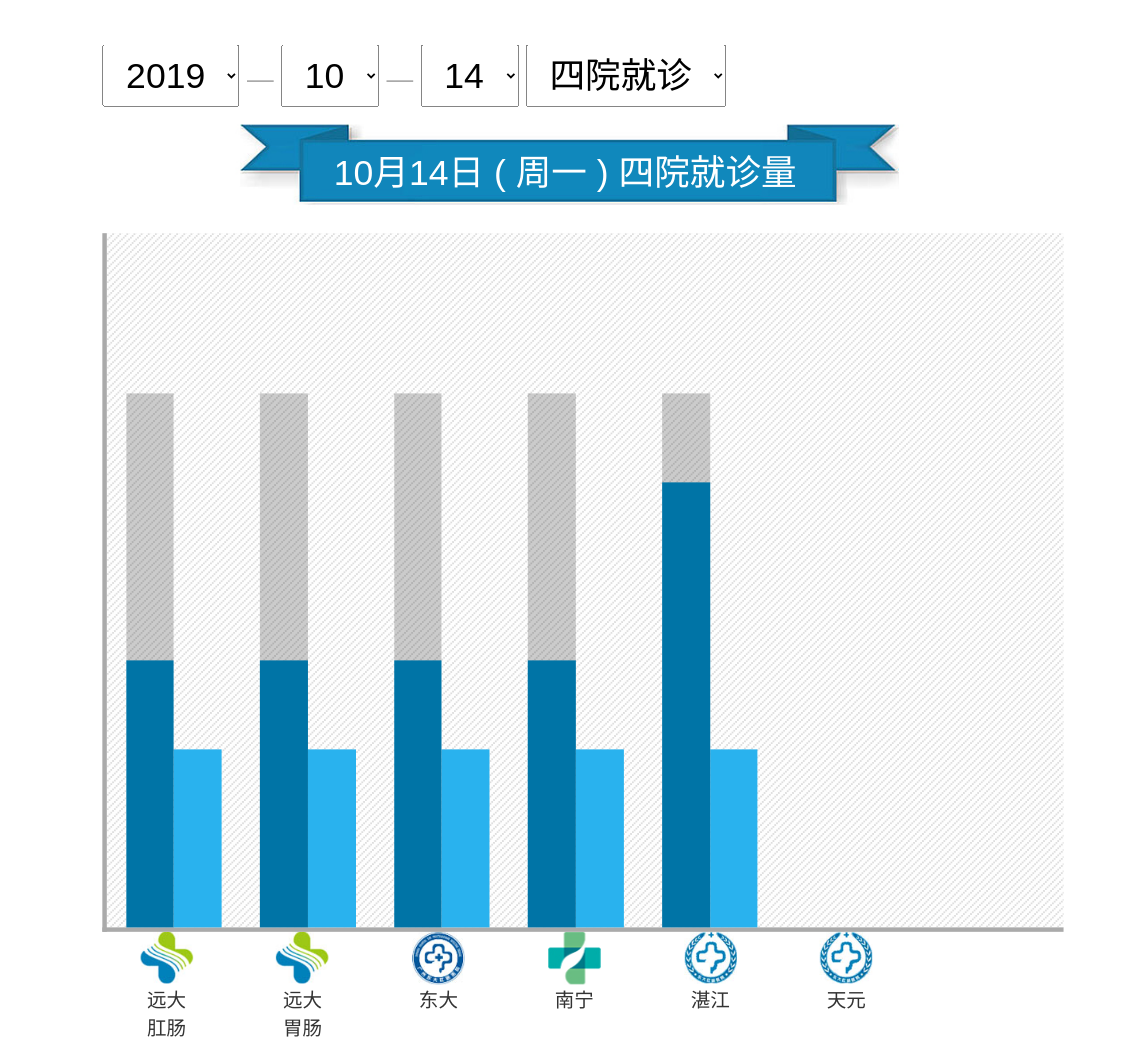
Repository: jerryyan/project
Page: http://localhost/m/jzchart.php
An editor plug-in stored every save of this project. The page is shown before and after the next save, followed by the edit.
The browser window is 1280 px wide. The pictures show the whole page, at 89% of full size.
The page is run by PHP 8.4 with error messages shown; the project is at /var/www/html/. The session is filled in as if someone had signed in: {"name": "admin"}. Other server files are loaded and not shown.

Above is the page before, as saved 2019-10-16 09:29:57.

### m/jzchart.php
<html>
    <head>
        <meta http-equiv="Content-Type" content="text/html; charset=utf-8" />
        <link href="css/m.css" rel="stylesheet" type="text/css" />
        <link rel="stylesheet" type="text/css" href="css/jquery.datetimepicker.css">
        <script type="text/javascript" src="/js/jquery.min.js"></script>
        <script type="text/javascript" src="/js/moment.min.js"></script>
        <script type="text/javascript" src="/js/time.js"></script>
        <title>预约数据统计手机版</title>
    </head>

    <body>
        <div class="div1">
            <div class="time">
                <select  class="year" id="birth_year" onchange="setDays(this, birth_month, birth_day);">
                </select>
                —
                <select  class="month" id="birth_month" onchange="setDays(birth_year, this, birth_day);">
                </select>
                —
                <select  class="day" id="birth_day">
                </select>
                <select name="" class="select" onchange="self.location.href = options[selectedIndex].value">
                    <option value="index.php">四院预约</option>
                    <option value="jzchart.php"  selected>四院就诊</option>
                    <option value="detail.php?type=szyd" >远大</option>
                    <option value="detail.php?type=szyd" >天元</option>
                    <option value="detail.php?type=gzdd" >东大</option>
                    <!--<option value="detail.php?type=gzma" >民安</option>-->
                    <option value="detail.php?type=zjdd" >湛江</option>
                    <option value="detail.php?type=nngc" >南宁肛肠</option>
                    <option value="detail.php?type=nnwc" >南宁胃肠</option>
                    <option value="detail.php?type=szydwc" >远大胃肠</option>
                </select>
            </div>

            <div class="title">
                <?php
                require_once 'islogin.php';
                $weekarray = array("日", "一", "二", "三", "四", "五", "六");
                $year = date('Y');
                $month = date('m');
                $day = date('d');
                $strDate = $month . "月" . $day . "日 " . "( 周" . $weekarray[date('w')] . " ) ";
                echo $strDate;
                ?>四院就诊量
            </div>

            <ul class="num">
            </ul>
            <div class="table">
                <div class="yd">
                    <div class="yd_1"><span></span></div>
                    <div class="yd_2"><span></span></div>
                    <div class="yd_3"><span></span></div>
                </div>
                <div class="yc">
                    <div class="yc_1"><span></span></div>
                    <div class="yc_2"><span></span></div>
                    <div class="yc_3"><span></span></div>
                </div>
                <div class="dd">
                    <div class="dd_1"><span></span></div>
                    <div class="dd_2"><span></span></div>
                    <div class="dd_3"><span></span></div>
                </div>
                <div class="ma">
                    <div class="ma_1"><span></span></div>
                    <div class="ma_2"><span></span></div>
                    <div class="ma_3"><span></span></div>
                </div>
                <div class="zj">
                    <div class="zj_1"><span></span></div>
                    <div class="zj_2"><span></span></div>
                    <div class="zj_3"><span></span></div>
                </div>
                <!-- <div class="ty">
                    <div class="ty_1"><span></span></div>
                    <div class="ty_2"><span></span></div>
                    <div class="ty_3"><span></span></div>
                </div> -->
            </div>
            <div class="logo">
                <ul>
                    <li><img src="/images/logo_yd.jpg">远大<br>肛肠</li>
                    <li><img src="/images/logo_yd.jpg">远大<br>胃肠</li>
                    <li><img src="/images/logo_dd.jpg">东大</li>
                    <li><img src="/images/logo_nn.jpg">南宁</li>
                    <li><img src="/images/logo_zj.jpg">湛江</li>
                    <li><img src="/images/logo_zj.jpg">天元</li>
                </ul>
            </div>
        </div>
    </body>
    <script src="/js/mobile.js"></script>
    <script>
                    $(function () {
                        $(".year,.month,.day").change(function () {
                            var y = $(".year option:selected").text();
                            var m = $(".month option:selected").text();
                            var d = $(".day option:selected").text();
                            var datetime = y + "-" + m + "-" + d;
                            getjzSource(datetime);
                        });
                        getjzSource();
                        setInterval(setjzSource, 40000);
                    });
    </script>
</html>

### m/islogin.php
<?php
session_start();
if ($_SESSION['name'] != 'admin') {
    header('Location:login.php');
    exit();
}

### m/getjzNum.php
<?php

require_once '../config.php';
if (!empty($_POST['datetime'])) {
    $date = $_POST['datetime'];
}
$startDate = $date . " 00:00:00";
$endDate = $date . " 23:59:59";
$zjdd_sql = "select a.ts,convert(varchar(10),a.ts,108) as tstime from info_registered as a left join info_appointment b on a.AppointmentId=b.AppointmentId where rdepartment not like '%未预约%' and a.dr=0 and isappointment=1 and  awr is not null and a.ts >'{$startDate}' and a.ts <='{$endDate}'";
//$gzma_sql = "select a.ts,convert(varchar(10),a.ts,108) as tstime from info_registered as a left join info_appointment b on a.AppointmentId=b.AppointmentId where rdepartment not like '%未预约%' and a.dr=0 and isappointment=1 and awr is not null and a.ts >'{$startDate}' and a.ts <='{$endDate}'";
$nndd_sql = "select a.ts,convert(varchar(10),a.ts,108) as tstime from info_registered as a left join info_appointment b on a.AppointmentId=b.AppointmentId where (rdepartment not like '%未预约%' and rdepartment not like '%耳鼻喉科%') and a.dr=0 and isappointment=1 and rsourceType !='自然门诊' and rsymptom !='体检'  and awr is not null and a.ts >'{$startDate}' and a.ts <='{$endDate}'";
$szyd_sql = " select a.ts,convert(varchar(10),a.ts,108) as tstime from info_registered as a left join info_appointment b on a.AppointmentId=b.AppointmentId LEFT JOIN Info_Appointment_Group as c on b.awr=c.userCode where rdepartment like '%肛%' and  gn not like '%胃肠%' and a.dr=0 and rmedia in ('360','82348232','QQ','qq','百度','百度糯米','百度商桥','个人微信','回访组回访','快排','神马','搜狗','网络电话','网络其它','网站后台预约','手机网','SOGU','SOSO','谷歌','商务通转Q','商务通转电话','胃肠电话') and awr is not null and a.ts >'{$startDate}' and a.ts <='{$endDate}'";
$szty_sql = " select a.ts,convert(varchar(10),a.ts,108) as tstime from info_registered as a left join info_appointment b on a.AppointmentId=b.AppointmentId LEFT JOIN Info_Appointment_Group as c on b.awr=c.userCode where  a.dr=0 and awr is not null and a.ts >'{$startDate}' and a.ts <='{$endDate}'";
$szydwc_sql = "select a.ts,convert(varchar(10),a.ts,108) as tstime from info_registered as a left join info_appointment b on a.AppointmentId=b.AppointmentId where rdepartment  not like '%未预约%' and a.dr=0 and  gn like '%胃肠%' and rmedia in ('360','82348232','QQ','qq','百度','百度糯米','百度商桥','个人微信','回访组回访','快排','神马','搜狗','网络电话','网络其它','网站后台预约','手机网','SOGU','SOSO','谷歌','商务通转Q','商务通转电话','胃肠电话') and awr is not null and  a.ts >'{$startDate}' and a.ts <='{$endDate}'";
$gzdd_sql = "select a.ts,convert(varchar(10),a.ts,108) as tstime from info_registered as a left join info_appointment b on a.AppointmentId=b.AppointmentId where rdepartment not like '%未预约%' and a.dr=0 and isappointment=1 and  awr is not null and a.ts >'{$startDate}' and a.ts <='{$endDate}'";

$zjdd_jz_row = get_fetchAll_assoc($zjdd, $zjdd_sql);
$zjdd_jzNum = getAllNum($zjdd_jz_row, $date);

$nndd_jz_row = get_fetchAll_assoc($nndd, $nndd_sql);
$nndd_jzNum = getAllNum($nndd_jz_row, $date);

$szyd_jz_row = get_fetchAll_assoc($szyd, $szyd_sql);
$szyd_jzNum = getAllNum($szyd_jz_row, $date);

$szty_jz_row = get_fetchAll_assoc($szyd, $szty_sql);
$szty_jzNum = getAllNum($szty_jz_row, $date);

$szydwc_jz_row = get_fetchAll_assoc($szyd, $szydwc_sql);
$szydwc_jzNum = getAllNum($szydwc_jz_row, $date);

$gzdd_jz_row = get_fetchAll_assoc($gzdd, $gzdd_sql);
$gzdd_jzNum = getAllNum($gzdd_jz_row, $date);

$data = array();
$data['zjdd_jzNum'] = $zjdd_jzNum;
$data['nndd_jzNum'] = $nndd_jzNum;
$data['szyd_jzNum'] = $szyd_jzNum;
$data['szty_jzNum'] = $szty_jzNum;
$data['szydwc_jzNum'] = $szydwc_jzNum;
$data['gzdd_jzNum'] = $gzdd_jzNum;
echo json_encode($data);

### config.php
<?php

try {
    $username = "sa";
    $pwd = "OYr%ZbxNY#!V*T0O";
    $dsn1 = "sqlsrv:Server=120.25.95.93;database=iSoftZJDD";
    // $dsn2 = "sqlsrv:Server=120.25.95.93;database=iSoftGZMA";
    $dsn3 = "sqlsrv:Server=120.25.95.93;database=iSoftSZYD";
    $dsn4 = "sqlsrv:Server=120.25.95.93;database=XL_new_reservation";
    $dsn5 = "sqlsrv:Server=120.25.95.93;database=iSoftNNDD";
    $dsn7 = "sqlsrv:Server=120.25.95.93;database=iSoftSZTY";
    $dsn6 = "mysql:host=localhost;dbname=project";
    $date = date("Y-m-d");
    //  $date = "2016-03-28";
    //    $username = "sa";
    //    $pwd = "123456";
    //    $dsn1 = "sqlsrv:Server=192.168.3.143\SQLEXPRESS;database=iSoftZJDD";
    //    $dsn2 = "sqlsrv:Server=192.168.3.143\SQLEXPRESS;database=iSoftGZMA";
    //    $dsn3 = "sqlsrv:Server=192.168.3.143\SQLEXPRESS;database=iSoftSZYD";
    $zjdd = new PDO($dsn1, $username, $pwd);
    //$gzma = new PDO($dsn2, $username, $pwd);
    $szyd = new PDO($dsn3, $username, $pwd);
    $gzdd = new PDO($dsn4, $username, $pwd);
    $nndd = new PDO($dsn5, $username, $pwd);
    $szty = new PDO($dsn7, $username, $pwd);
    $project = new PDO($dsn6, 'root', 'root');
} catch (PDOException $e) {
    echo "Failed to get DB handle: " . $e->getMessage() . "\n";
    exit;
}

/**
 *
 * @param string $db
 * @param string $sql
 * @return string $row
 */
function get_fetchAll_assoc($db, $sql)
{
    $result = $db->query($sql);
    $row = $result->fetchAll(PDO::FETCH_ASSOC);
    return $row;
}
/**
 *
 *插入单条数据到数据库
 * @param string $db
 * @param string $sql
 * @return string $res
 */
function insert($db, $sql)
{
    $db->setAttribute(PDO::ATTR_ERRMODE, PDO::ERRMODE_EXCEPTION);
    $res = $db->exec($sql);
    return $res;
}

/**
 * 获取客户端IP
 */
function getClientIp()
{
    $ip = 'unknown';
    $unknown = 'unknown';

    if (isset($_SERVER['HTTP_X_FORWARDED_FOR']) && $_SERVER['HTTP_X_FORWARDED_FOR'] && strcasecmp($_SERVER['HTTP_X_FORWARDED_FOR'], $unknown)) {
        // 使用透明代理、欺骗性代理的情况
        $ip = $_SERVER['HTTP_X_FORWARDED_FOR'];
    } elseif (isset($_SERVER['REMOTE_ADDR']) && $_SERVER['REMOTE_ADDR'] && strcasecmp($_SERVER['REMOTE_ADDR'], $unknown)) {
        // 没有代理、使用普通匿名代理和高匿代理的情况
        $ip = $_SERVER['REMOTE_ADDR'];
    }

    // 处理多层代理的情况
    if (strpos($ip, ',') !== false) {
        // 输出第一个IP
        $ip = reset(explode(',', $ip));
    }

    return $ip;
}

function get_fetchAll_row($db, $sql)
{
    $result = $db->query($sql);
    $row = $result->fetch(PDO::FETCH_ASSOC);
    return $row['number'];
}

//获取大夜班，早班和晚班的预约人数
function getAllNum($row)
{
    $dayeStart = "00:00:00";
    $zaoStart = "08:00:00";
    $wanStart = "16:00:00";
    $wanEnd = "24:00:00";
    $dayeArr = $zaoArr = $wanArr = array();
    foreach ($row as $v) {
        if ($v['tstime'] >= $dayeStart && $v['tstime'] < $zaoStart) {
            $dayeArr[] = $v;
        }
        if ($v['tstime'] >= $zaoStart && $v['tstime'] < $wanStart) {
            $zaoArr[] = $v;
        }
        if ($v['tstime'] >= $wanStart && $v['tstime'] < $wanEnd) {
            $wanArr[] = $v;
        }
    }
    $arrNum = array();
    $arrNum['dayeNum'] = count($dayeArr);
    $arrNum['zaoNum'] = count($zaoArr);
    $arrNum['wanNum'] = count($wanArr);
    $arrNum['totalNum'] = count($row);
    $arrNum['workNum'] = getWorkNum($arrNum);
    return $arrNum;
}

function getWorkNum($data)
{
    $nowtime = date("H:i:s");
    $dayeStart = "00:00:00";
    $zaoStart = "08:00:00";
    $wanStart = "16:00:00";
    $wanEnd = "24:00:00";

    if ($nowtime > $dayeStart && $nowtime < $zaoStart) {
        $workNum = $data['dayeNum'];
    }
    if ($nowtime > $zaoStart && $nowtime <= $wanStart) {
        $workNum = $data['zaoNum'];
    }
    if ($nowtime > $wanStart && $nowtime < $wanEnd) {
        $workNum = $data['wanNum'];
    }
    return $workNum;
}

//排序
function my_sort($a, $b)
{
    if ($a['nums'] == $b['nums']) {
        return 0;
    }
    return ($a['nums'] > $b['nums']) ? -1 : 1;
}

//排序
function ts_sort($a, $b)
{
    if ($a['tstime'] == $b['tstime']) {
        return 0;
    }
    return ($a['tstime'] < $b['tstime']) ? -1 : 1;
}

### m/css/m.css
@charset "utf-8";

body {
    margin: 0px;
    padding: 0px;
    font-family: "微软雅黑", "宋体", arial;
    color: #333;
}

div,
dl,
dt,
dd,
ul,
ol,
li,
h1,
h2,
h3,
h4,
h5,
h6,
pre,
form,
input,
label,
select,
option,
textarea,
button,
p,
span {
    margin: 0;
    padding: 0;
}

img {
    border: 0;
    vertical-align: top;
    font-size: 0;
    line-height: 0;
    overflow: hidden;
}

ul,
li,
ol,
ul {
    list-style: none;
}


.dis {
    display: none
}

.left {
    float: left
}

.right {
    float: right
}

.clear {
    clear: both;
}

.time {
    clear: both;
    margin-left: 9%;
    width: 84%;
    font-size: 30px;
    color: #aaa;
    margin-top: 50px;
}

.time select {
    padding: 1% 2%;
    margin: 0 0% 0 0;
    font-size: 40px;
}

.time select:last-child {
    margin: 0;
}

.year {}

.month {}

.day {}

.title {
    font-size: 40px;
    text-align: center;
    height: 100px;
    padding-top: 42px;
    width: 100%;
    background: url(../images/title.jpg) center 20px no-repeat;
    color: #fff;
    text-indent: -10px;
}

.num {
    float: left;
    width: 9%;
    text-align: right;
    padding-top: 5px;
}

.num li {
    height: 40px;
    padding-right: 15px
}

.logo {
    clear: both;
    font-size: 22px;
    margin-left: 2%;
    padding-left: 8%;
    width: 77%;
    height: 100px;
}

.logo li {
    float: left;
    margin-right: 6.5%;
    padding-left: 3%;
    width: 6%;
    height: 100px;
    background-repeat: no-repeat;
    background-position: 10px 5px;
    text-align: center;
}

.logo li img {
    width: 100%;
    display: block;
}

.logo li:last-child {
    margin: 0;
}

.table {
    float: left;
    width: 84%;
    height: 780px;
    background: url(../images/bg.jpg);
    border-left: solid 5px #aaa;
    border-bottom: solid 5px #aaa;
    position: relative;
}

.table div {
    float: left;
}

.table div span {
    position: absolute;
    bottom: 0;
    left: 15%;
}

.yd div,
.dd div,
.ma div,
.zj div,
.yc div {
    position: absolute;
    float: left;
    width: 5%;
    bottom: 0;
    font-size: 24px;
}

.yd_1,
.dd_1,
.ma_1,
.zj_1,
.ty_1,
.yc_1 {
    background: #0091cf;
    z-index: 1;
    height: 300px;
}

.yd_2,
.dd_2,
.ma_2,
.zj_2,
.ty_2,
.yc_2 {
    background: #29b2ee;
    margin-left: 5%;
    height: 200px;
}

.yd_3,
.dd_3,
.ma_3,
.zj_3,
.ty_3,
.yc_3 {
    background: rgba(0, 0, 0, 0.20);
    height: 600px;
    z-index: 2;
}

.table div .yd_3 span,
.table div .dd_3 span,
.table div .ma_3 span,
.table div .ty_3 span,
.table div .zj_3 span,
.table div .yc_3 span {
    margin-top: -80px;
    margin-bottom: 0;
    display: block;
    position: relative;
    z-index: 3
}

.zj_3 {
    /* height: 200px; */
}

.zj_1 {
    height: 500px;
}

span {
    width: 120px;
    margin-left: -47px;
    margin-bottom: 50px;
    -webkit-transform: rotate(270deg);
    -moz-transform: rotate(270deg);
    -o-transform: rotate(270deg);
}

.yd {
    margin-left: 2%;
}

.yc {
    margin-left: 16%;
}

.dd {
    margin-left: 30%;
}

.ma {
    margin-left: 44%;
}

.zj {
    margin-left: 58%;
}

/* up0date */
.ty{
    margin-left:72%
}
.ty_1 {
    position: absolute;
    float: left;
    width: 5%;
    bottom: 0;
    font-size: 24px;
    background: #0091cf;
    z-index: 1;
}

.ty_2{
    position: absolute;
    float: left;
    width: 5%;
    bottom: 0;
    font-size: 24px;
    background: #29b2ee;
    margin-left: 5%;
}
.ty_3{
    position: absolute;
    float: left;
    width: 5%;
    bottom: 0;
    font-size: 24px;
    background: rgba(0, 0, 0, 0.20);
    z-index: 2;
}


table {
    background: #aaa;
    text-align: center;
    float: left;
    font-size: 30px;
    margin: 0 0 0 9%
}

table td {
    background: #fff;
    height: 80px;
    vertical-align: central;
}

.div2 .time {
    margin: 0 0 0 73px;
    height: 100px;
}



/*.nav{width:720px; height:100px; padding:10px 0 0 40px; z-index:10; margin-top:40px}
.nav li{ float:left; background:#239ccf; width:149px; text-align:center; height:70px; line-height:70px; margin:0 5px; color:#fff; font-size:28px;}
.nav li.current{ background:#15759e}
*/

### js/time.js
$(document).ready(function () {
    var myDate = new Date();
    var year = myDate.getFullYear();//获取完整的年份(4位,1970-????)
    var month = myDate.getMonth();//获取当前月份(0-11,0代表1月)
    var day = myDate.getDate();//获取当前日(1-31)
    var i = 0;
    // 添加年份
    for (i = 2016; i <= 2026; i++) {
        addOption(birth_year, i, i);
        if (i == year) {
            birth_year.options[year - 2016].selected = true;
        }
    }
    // 添加月份
    for (i = 1; i <= 12; i++) {
        if (i < 10) {
            i = '0' + i;
        }
        addOption(birth_month, i, i);
        if (i == month + 1) {
            birth_month.options[month].selected = true;
        }
    }
    // 添加天份，先默认31天
    for (i = 1; i <= 31; i++) {
        if (i < 10) {
            i = '0' + i;
        }
        addOption(birth_day, i, i);
        if (i == day) {
            birth_day.options[day - 1].selected = true;
        }
    }
    //$("#birth_month"). birth_year  birth_day
});


// 设置每个月份的天数
function setDays(year, month, day) {
    var monthDays = [31, 28, 31, 30, 31, 30, 31, 31, 30, 31, 30, 31];
    var yea = year.options[year.selectedIndex].text;
    var mon = month.options[month.selectedIndex].text;
    var num = monthDays[mon - 1];
    if (mon == 2 && isLeapYear(yea)) {
        num++;
    }
    for (var j = day.options.length - 1; j >= num; j--) {
        day.remove(j);
    }
    for (var i = day.options.length+1; i <= num; i++) {
        addOption(birth_day, i, i);
    }

}

// 判断是否闰年
function isLeapYear(year)
{
    return (year % 4 == 0 || (year % 100 == 0 && year % 400 == 0));
}

// 向select尾部添加option
function addOption(selectbox, text, value) {
    var option = document.createElement("option");
    option.text = text;
    option.value = value;
    selectbox.options.add(option);
}

Loaded but not shown: m/css/jquery.datetimepicker.css (library); js/jquery.min.js (library); js/moment.min.js (library); js/mobile.js (314 lines, source omitted)

After the next save:
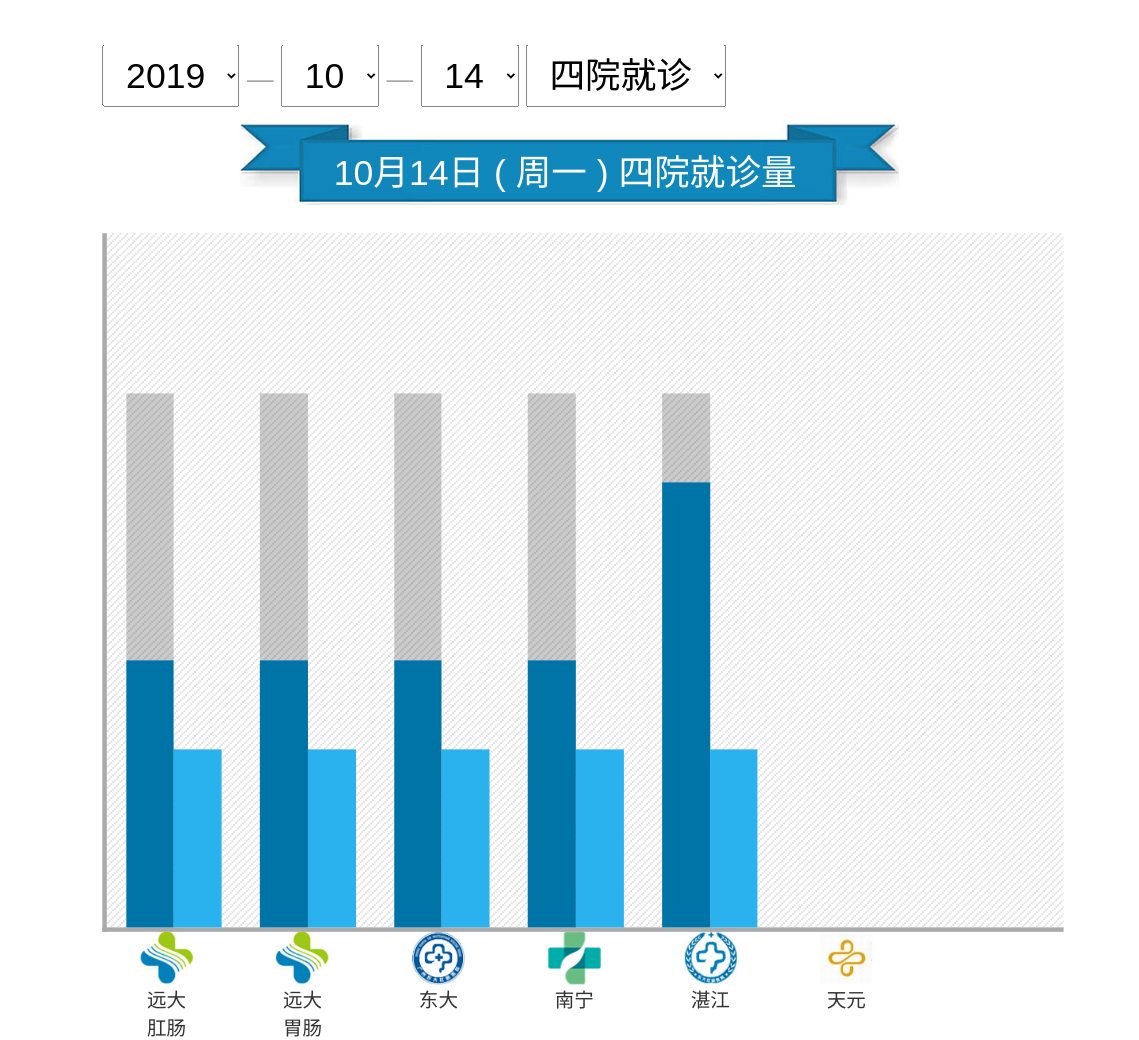
Saved 3 min 8 s later.
--- a/m/jzchart.php
+++ b/m/jzchart.php
@@ -87,7 +87,7 @@
                     <li><img src="/images/logo_dd.jpg">东大</li>
                     <li><img src="/images/logo_nn.jpg">南宁</li>
                     <li><img src="/images/logo_zj.jpg">湛江</li>
-                    <li><img src="/images/logo_zj.jpg">天元</li>
+                    <li><img src="/images/logo_ty.jpg">天元</li>
                 </ul>
             </div>
         </div>
